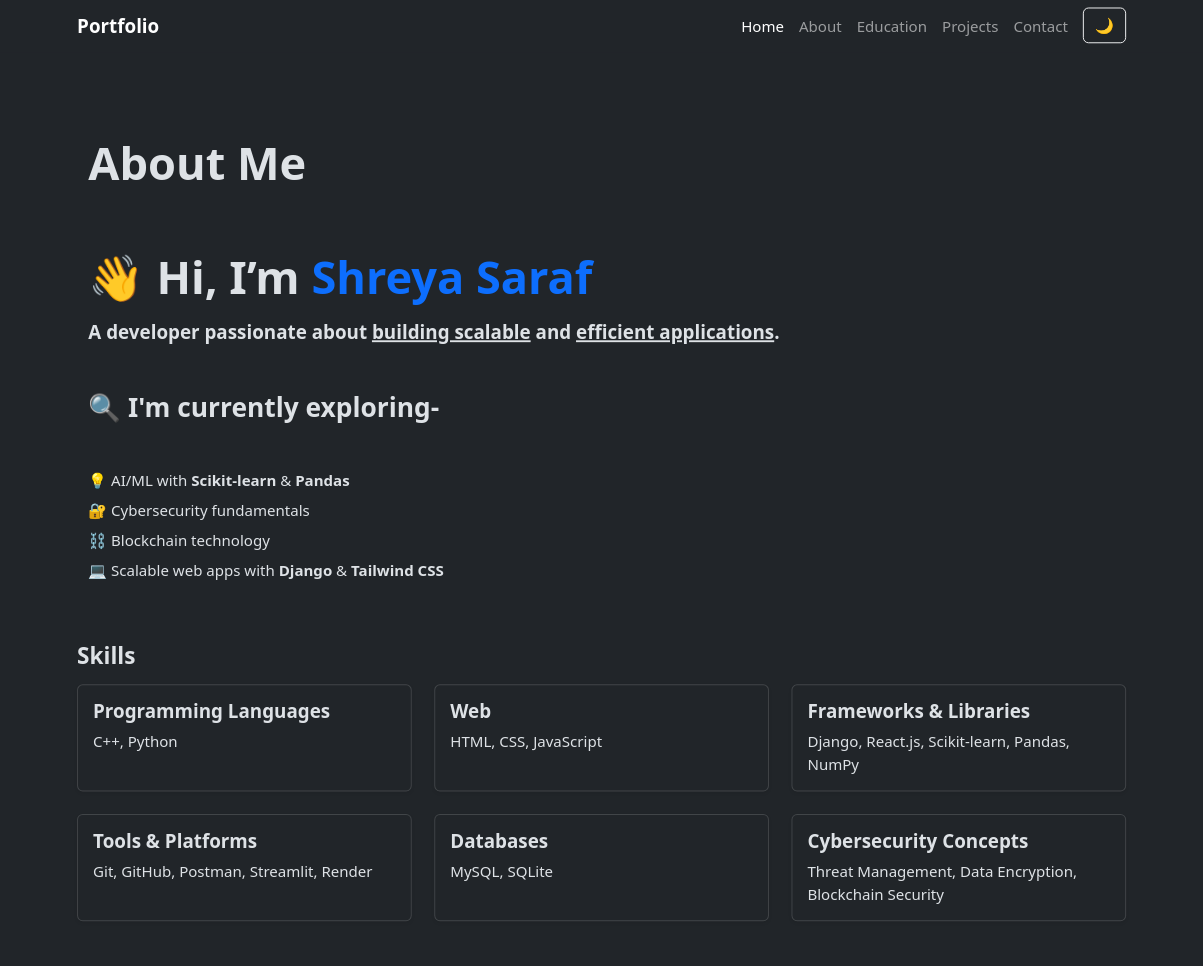
Repository: Shreyasaraf01/shreya-portfolio
Page: http://localhost/about/
An editor plug-in stored every save of this project. The page is shown before and after the next save, followed by the edit.
The browser window is 1280 px wide. The pictures show the whole page, at 94% of full size.
The page is served by the project's application, run on Django 5.2 (manage.py). Other server files are loaded and not shown.

Above is the page before, as saved 2025-09-13 22:59:49.

### main/templates/main/about.html
{% extends "base.html" %}
{% block content %}
<div class="container py-5">
<!-- Header -->
<h2 class="display-5 fw-bold mb-3">About Me</h2>
<br>
<br>
<div class="text-center text-md-start mb-5">
  <h2 class="fw-bold display-5">
    👋 Hi, I’m <span class="text-primary">Shreya Saraf</span>
  </h2>
  <p class="lead fw-semibold text-body mt-3" style="font-size: 1.25rem;">
    A developer passionate about <span class="text-decoration-underline">building scalable</span>
    and <span class="text-decoration-underline">efficient applications</span>.
  </p>
</div>


  <h3 class="fw-bold mt-4">🔍 I'm currently exploring-</h3>
  <br>
  <ul class="list-unstyled mt-3">
    <li class="mb-2">💡 AI/ML with <strong>Scikit-learn</strong> & <strong>Pandas</strong></li>
    <li class="mb-2">🔐 Cybersecurity fundamentals</li>
    <li class="mb-2">⛓️ Blockchain technology</li>
    <li class="mb-2">💻 Scalable web apps with <strong>Django</strong> & <strong>Tailwind CSS</strong></li>
  </ul>
</div>


  <!-- Skills Section -->
  <h3 class="h4 fw-bold mb-3">Skills</h3>
  <div class="row g-4">
    <!-- Programming Languages -->
    <div class="col-md-4">
      <div class="card shadow-sm h-100">
        <div class="card-body">
          <h5 class="card-title fw-bold">Programming Languages</h5>
          <p class="card-text">C++, Python</p>
        </div>
      </div>
    </div>

    <!-- Web -->
    <div class="col-md-4">
      <div class="card shadow-sm h-100">
        <div class="card-body">
          <h5 class="card-title fw-bold">Web</h5>
          <p class="card-text">HTML, CSS, JavaScript</p>
        </div>
      </div>
    </div>

    <!-- Frameworks & Libraries -->
    <div class="col-md-4">
      <div class="card shadow-sm h-100">
        <div class="card-body">
          <h5 class="card-title fw-bold">Frameworks & Libraries</h5>
          <p class="card-text">Django, React.js, Scikit-learn, Pandas, NumPy</p>
        </div>
      </div>
    </div>

    <!-- Tools & Platforms -->
    <div class="col-md-4">
      <div class="card shadow-sm h-100">
        <div class="card-body">
          <h5 class="card-title fw-bold">Tools & Platforms</h5>
          <p class="card-text">Git, GitHub, Postman, Streamlit, Render</p>
        </div>
      </div>
    </div>

    <!-- Databases -->
    <div class="col-md-4">
      <div class="card shadow-sm h-100">
        <div class="card-body">
          <h5 class="card-title fw-bold">Databases</h5>
          <p class="card-text">MySQL, SQLite</p>
        </div>
      </div>
    </div>

    <!-- Cybersecurity Concepts -->
    <div class="col-md-4">
      <div class="card shadow-sm h-100">
        <div class="card-body">
          <h5 class="card-title fw-bold">Cybersecurity Concepts</h5>
          <p class="card-text">Threat Management, Data Encryption, Blockchain Security</p>
        </div>
      </div>
    </div>
  </div>
</div>
{% endblock %}

### main/templates/base.html
<!DOCTYPE html>
<html lang="en" data-bs-theme="dark">
<head>
  <meta charset="UTF-8">
  <title>Portfolio</title>
  {% load static %}
  <link href="https://cdn.jsdelivr.net/npm/bootstrap@5.3.3/dist/css/bootstrap.min.css" rel="stylesheet">
  <script src="{% static 'js/theme.js' %}" defer></script>
</head>
<body>
  <!-- Navbar -->
  <nav class="navbar navbar-expand-lg navbar-dark bg-dark fixed-top">
    <div class="container">
      <a class="navbar-brand fw-bold" href="/">Portfolio</a>
      <button class="navbar-toggler" type="button" data-bs-toggle="collapse" data-bs-target="#navbarNav" aria-controls="navbarNav" aria-expanded="false" aria-label="Toggle navigation">
        <span class="navbar-toggler-icon"></span>
      </button>
      <div class="collapse navbar-collapse" id="navbarNav">
        <ul class="navbar-nav ms-auto">
          <li class="nav-item"><a class="nav-link active" href="/">Home</a></li>
          <li class="nav-item"><a class="nav-link" href="/about/">About</a></li>
          <li class="nav-item"><a class="nav-link" href="/education/">Education</a></li>
          <li class="nav-item"><a class="nav-link" href="/projects/">Projects</a></li>
          <li class="nav-item"><a class="nav-link" href="/contact/">Contact</a></li>
          <li class="nav-item">
            <button class="btn btn-outline-light ms-2" id="theme-toggle">🌙</button>
          </li>
        </ul>
      </div>
    </div>
  </nav>

  <!-- Main Content Container -->
  <div class="container py-5 mt-5">
    {% block content %}{% endblock %}
  </div>

  <script src="https://cdn.jsdelivr.net/npm/bootstrap@5.3.3/dist/js/bootstrap.bundle.min.js"></script>
</body>
</html>

### main/views.py
from django.shortcuts import render, redirect
from django.core.mail import send_mail
from django.conf import settings

def index(request):
    return render(request, "main/index.html")

def about(request):
    return render(request, "main/about.html")

def education(request):
    return render(request, "main/education.html")

def projects(request):
    return render(request, "main/projects.html")

def contact(request):
    if request.method == "POST":
        name = request.POST.get("name")
        email = request.POST.get("email")
        message = request.POST.get("message")

        send_mail(
            subject=f"Portfolio Contact from {name}",
            message=f"From: {email}\n\n{message}",
            from_email=settings.DEFAULT_FROM_EMAIL,
            recipient_list=[settings.CONTACT_EMAIL],
        )
        return redirect("home")

    return render(request, "main/contact.html")

### shreya_portfolio/urls.py
"""
URL configuration for shreya_portfolio project.

The `urlpatterns` list routes URLs to views. For more information please see:
    https://docs.djangoproject.com/en/5.1/topics/http/urls/
Examples:
Function views
    1. Add an import:  from my_app import views
    2. Add a URL to urlpatterns:  path('', views.home, name='home')
Class-based views
    1. Add an import:  from other_app.views import Home
    2. Add a URL to urlpatterns:  path('', Home.as_view(), name='home')
Including another URLconf
    1. Import the include() function: from django.urls import include, path
    2. Add a URL to urlpatterns:  path('blog/', include('blog.urls'))
"""
from django.contrib import admin
from django.urls import path, include

urlpatterns = [
    path('admin/', admin.site.urls),
    path("", include("main.urls")),
]

### main/urls.py
from django.urls import path
from . import views

urlpatterns = [
    path("", views.index, name="home"),
    path("about/", views.about, name="about"),
    path("education/", views.education, name="education"),
    path("projects/", views.projects, name="projects"),
    path("contact/", views.contact, name="contact"),
]

### main/static/js/theme.js
document.addEventListener("DOMContentLoaded", () => {
  const toggle = document.getElementById("theme-toggle");
  if (!toggle) return;

  toggle.addEventListener("click", () => {
    const html = document.documentElement;
    const current = html.getAttribute("data-bs-theme");
    const next = current === "dark" ? "light" : "dark";
    html.setAttribute("data-bs-theme", next);
    localStorage.setItem("theme", next);
    toggle.textContent = next === "dark" ? "🌙" : "☀️";
  });

  // persist user choice
  const saved = localStorage.getItem("theme");
  if (saved) {
    document.documentElement.setAttribute("data-bs-theme", saved);
    toggle.textContent = saved === "dark" ? "🌙" : "☀️";
  }
});

After the next save:
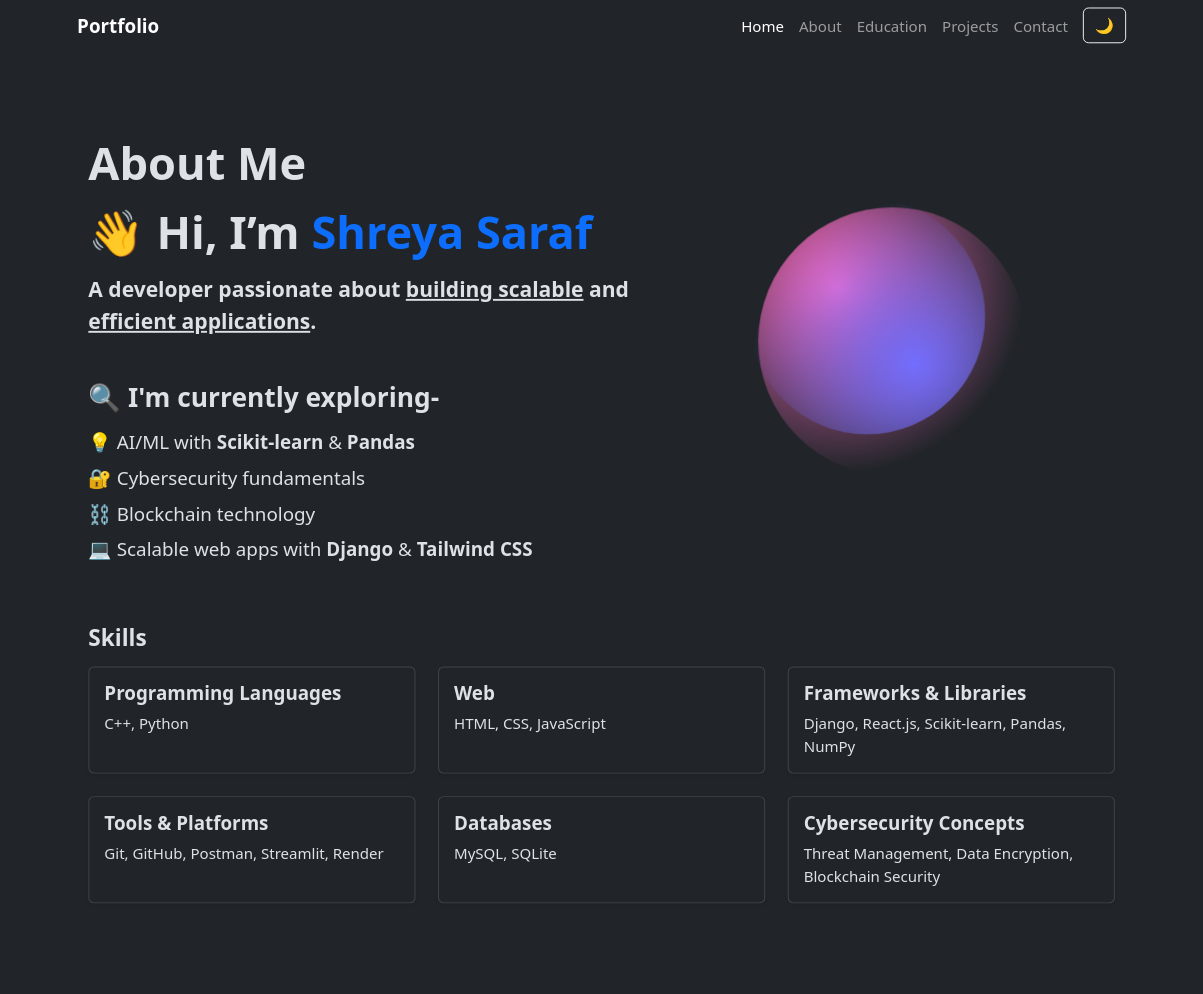
Saved 4 min 36 s later.
--- a/main/templates/main/about.html
+++ b/main/templates/main/about.html
@@ -1,34 +1,39 @@
 {% extends "base.html" %}
 {% block content %}
 <div class="container py-5">
-<!-- Header -->
-<h2 class="display-5 fw-bold mb-3">About Me</h2>
-<br>
-<br>
-<div class="text-center text-md-start mb-5">
-  <h2 class="fw-bold display-5">
-    👋 Hi, I’m <span class="text-primary">Shreya Saraf</span>
-  </h2>
-  <p class="lead fw-semibold text-body mt-3" style="font-size: 1.25rem;">
-    A developer passionate about <span class="text-decoration-underline">building scalable</span>
-    and <span class="text-decoration-underline">efficient applications</span>.
-  </p>
-</div>
+  <div class="row align-items-center">
+    <!-- Left Side: About Text -->
+    <div class="col-md-7">
+      <!-- Header -->
+      <h2 class="display-5 fw-bold mb-3">About Me</h2>
+      <div class="text-center text-md-start mb-5">
+        <h2 class="fw-bold display-5">
+          👋 Hi, I’m <span class="text-primary">Shreya Saraf</span>
+        </h2>
+        <p class="lead fw-semibold text-body mt-3" style="font-size: 1.4rem;">
+          A developer passionate about
+          <span class="text-decoration-underline">building scalable</span>
+          and <span class="text-decoration-underline">efficient applications</span>.
+        </p>
+      </div>
 
+      <h3 class="fw-bold mt-4">🔍 I'm currently exploring-</h3>
+      <ul class="list-unstyled mt-3 fs-5">
+        <li class="mb-2">💡 AI/ML with <strong>Scikit-learn</strong> & <strong>Pandas</strong></li>
+        <li class="mb-2">🔐 Cybersecurity fundamentals</li>
+        <li class="mb-2">⛓️ Blockchain technology</li>
+        <li class="mb-2">💻 Scalable web apps with <strong>Django</strong> & <strong>Tailwind CSS</strong></li>
+      </ul>
+    </div>
 
-  <h3 class="fw-bold mt-4">🔍 I'm currently exploring-</h3>
-  <br>
-  <ul class="list-unstyled mt-3">
-    <li class="mb-2">💡 AI/ML with <strong>Scikit-learn</strong> & <strong>Pandas</strong></li>
-    <li class="mb-2">🔐 Cybersecurity fundamentals</li>
-    <li class="mb-2">⛓️ Blockchain technology</li>
-    <li class="mb-2">💻 Scalable web apps with <strong>Django</strong> & <strong>Tailwind CSS</strong></li>
-  </ul>
-</div>
-
+    <!-- Right Side: Animated Background Blobs -->
+    <div class="col-md-5 d-flex justify-content-center position-relative">
+      <div class="animated-blobs"></div>
+    </div>
+  </div>
 
   <!-- Skills Section -->
-  <h3 class="h4 fw-bold mb-3">Skills</h3>
+  <h3 class="h4 fw-bold mt-5 mb-3">Skills</h3>
   <div class="row g-4">
     <!-- Programming Languages -->
     <div class="col-md-4">
@@ -91,4 +96,35 @@
     </div>
   </div>
 </div>
+
+<!-- Animated Blobs CSS -->
+<style>
+.animated-blobs {
+  position: relative;
+  width: 300px;
+  height: 300px;
+}
+.animated-blobs::before,
+.animated-blobs::after {
+  content: "";
+  position: absolute;
+  width: 250px;
+  height: 250px;
+  border-radius: 50%;
+  background: radial-gradient(circle at 30% 30%, #ff6ec7, transparent 70%);
+  animation: floatBlob 8s ease-in-out infinite alternate;
+}
+.animated-blobs::after {
+  background: radial-gradient(circle at 70% 70%, #736efe, transparent 70%);
+  animation-delay: 4s;
+}
+@keyframes floatBlob {
+  from {
+    transform: translate(-20px, -20px) scale(1);
+  }
+  to {
+    transform: translate(20px, 20px) scale(1.2);
+  }
+}
+</style>
 {% endblock %}
